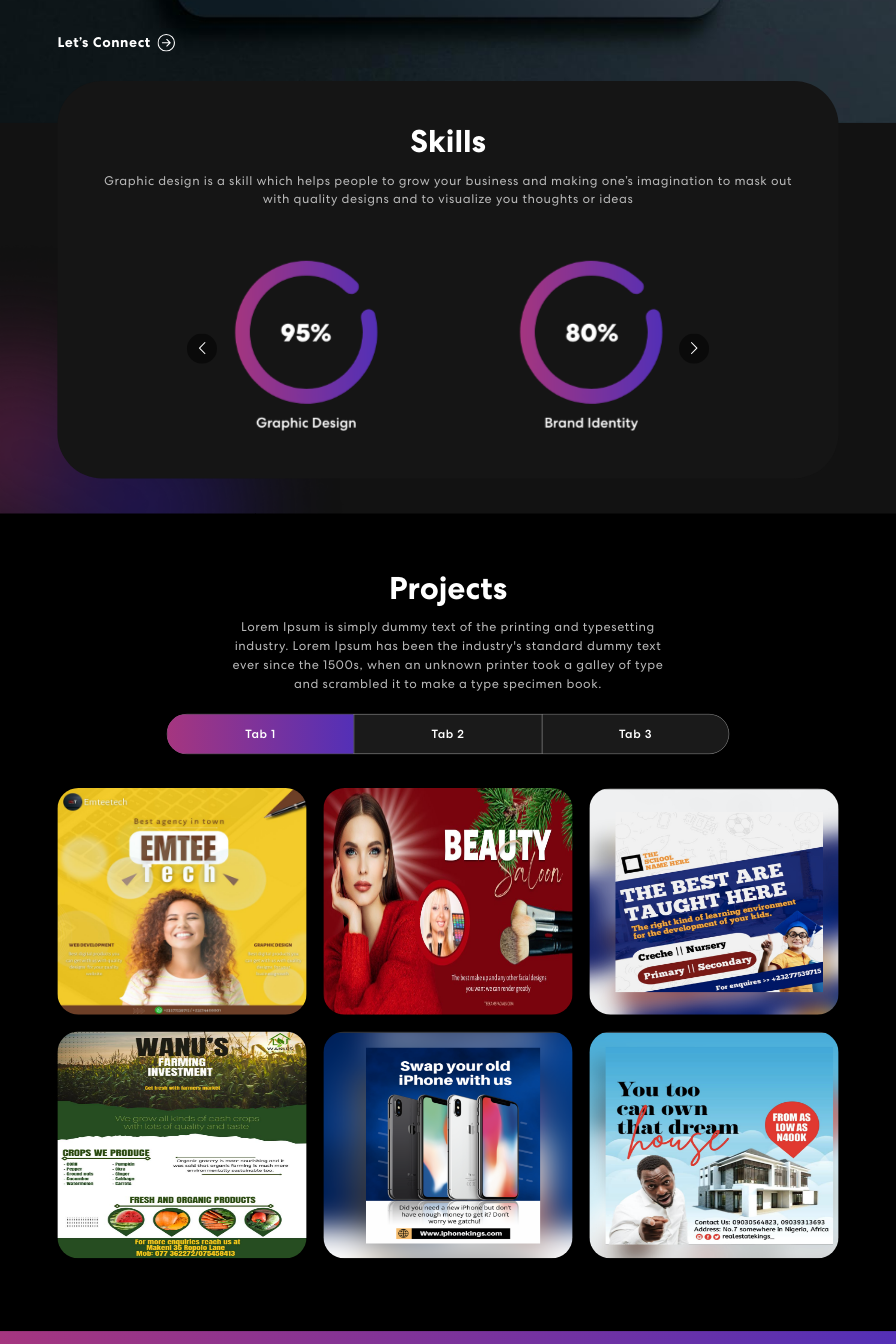
Repository: EmmanuelKeifala/emtee
Page: /
An editor plug-in stored every save of this project. The page is shown before and after the next save, followed by the edit.
The browser window is 1280 px wide. The pictures show the part of the page from y = 662 to 2582 px (the page is 3476 px tall before and 3503 px after), at 70% of full size.
The project was rebuilt for these pictures with package versions that can differ from the ones it lists, and the page was loaded fresh each time. Some packages were replaced by stand-ins written for this rebuild.

Above is the page before, as saved 2022-09-30 18:07:00.

### public/index.html
<!DOCTYPE html>
<html lang="en">
  <head>
    <meta charset="utf-8" />
    <link rel="icon" href="%PUBLIC_URL%/favicon.ico" />
    <meta name="viewport" content="width=device-width, initial-scale=1" />
    <meta name="theme-color" content="#000000" />
    <meta name="description" content="Em-Tech" />
    <link rel="apple-touch-icon" href="%PUBLIC_URL%/logo192.png" />

    <link rel="manifest" href="%PUBLIC_URL%/manifest.json" />
    <title>Em-Tech</title>
  </head>
  <body>
    <div id="root"></div>
  </body>
</html>

### src/Components/Navbar.jsx
import React, { useState, useEffect } from "react";
import { Navbar, Container, Nav } from "react-bootstrap";
import logo from "../assets/img/screen.png";
import navIcon1 from "../assets/img/nav-icon1.svg";
import navIcon2 from "../assets/img/nav-icon2.svg";
import navIcon3 from "../assets/img/nav-icon3.svg";
import Twitter from "../assets/img/twit.png";

const NavBar = () => {
  const [activeLink, setActiveLink] = useState("home");
  const [scrolled, setScrolled] = useState(false);
  useEffect(() => {
    const onScroll = () => {
      if (window.scrollY > 50) {
        setScrolled(true);
      } else {
        setScrolled(false);
      }
    };
    window.addEventListener("scroll", onScroll);

    return () => window.removeEventListener("scroll", onScroll);
  }, []);
  const onUpdateActiveLink = (value) => {
    setActiveLink(value);
  };
  return (
    <Navbar expand="md" className={scrolled ? "scrolled" : ""}>
      <Container>
        <Navbar.Brand href="/">
          <img src={logo} alt="Logo" className="lo" />
        </Navbar.Brand>
        <Navbar.Toggle aria-controls="basic-navbar-nav">
          <span className="navbar-toggler-icon"></span>
        </Navbar.Toggle>
        <Navbar.Collapse id="basic-navbar-nav">
          <Nav className="ms-auto">
            <Nav.Link
              href="#home"
              className={
                activeLink === "home" ? "active navbar-link" : "navbar-link"
              }
              onClick={() => onUpdateActiveLink("home")}
            >
              Home
            </Nav.Link>
            <Nav.Link
              href="#skills"
              className={
                activeLink === "skills" ? "active navbar-link" : "navbar-link"
              }
              onClick={() => onUpdateActiveLink("skills")}
            >
              Skills
            </Nav.Link>
            <Nav.Link
              href="#project"
              className={
                activeLink === "project" ? "active navbar-link" : "navbar-link"
              }
              onClick={() => onUpdateActiveLink("project")}
            >
              Projects
            </Nav.Link>
          </Nav>
          <span className="navbar-text">
            <div className="social-icon">
              <a href="#">
                <img src={navIcon1} alt="linkedin" />
              </a>
              <a href="#">
                <img src={navIcon2} alt="facebook" />
              </a>
              <a href="#">
                <img src={navIcon3} alt="instagram" />
              </a>
              <a href="#">
                <img src={Twitter} alt="Twitter" className="twit" />
              </a>
            </div>
            <button className="vvd">
              <span>Let’s Connect</span>
            </button>
          </span>
        </Navbar.Collapse>
      </Container>
    </Navbar>
  );
};

export default NavBar;

### src/Components/Banner.jsx
import React from "react";
import { useState, useEffect } from "react";
import { Container, Row, Col } from "react-bootstrap";
import { ArrowRightCircle } from "react-bootstrap-icons";
import headerImg from "../assets/img/header-img.svg";
import "animate.css";
import TrackVisibility from "react-on-screen";
import GoogleAd from "./GoogleAd";
const Banner = () => {
  const [loopNum, setLoopNum] = useState(0);
  const [isDeleting, setIsDeleting] = useState(false);
  const [text, setText] = useState("");
  const [delta, setDelta] = useState(300 - Math.random() * 100);
  const [index, setIndex] = useState(1);
  const toRotate = ["Web Development", "Web Design", "UI/UX Design"];
  const period = 2000;

  useEffect(() => {
    let ticker = setInterval(() => {
      tick();
    }, delta);

    return () => {
      clearInterval(ticker);
    };
  }, [text]);

  const tick = () => {
    let i = loopNum % toRotate.length;
    let fullText = toRotate[i];
    let updatedText = isDeleting
      ? fullText.substring(0, text.length - 1)
      : fullText.substring(0, text.length + 1);

    setText(updatedText);

    if (isDeleting) {
      setDelta((prevDelta) => prevDelta / 2);
    }

    if (!isDeleting && updatedText === fullText) {
      setIsDeleting(true);
      setIndex((prevIndex) => prevIndex - 1);
      setDelta(period);
    } else if (isDeleting && updatedText === "") {
      setIsDeleting(false);
      setLoopNum(loopNum + 1);
      setIndex(1);
      setDelta(500);
    } else {
      setIndex((prevIndex) => prevIndex + 1);
    }
  };

  return (
    <section className="banner" id="home">
      <Container>
        <Row className="aligh-items-center">
          <Col xs={12} md={6} xl={7}>
            <TrackVisibility>
              {({ isVisible }) => (
                <div
                  className={
                    isVisible ? "animate__animated animate__fadeIn" : ""
                  }
                >
                  <span className="tagline">
                    Welcome to our Portfolio and Hiring Page
                  </span>
                  <h1>
                    {`Hi! We are Em-Tech we do`}{" "}
                    <span
                      className="txt-rotate"
                      dataPeriod="1000"
                      data-rotate='[ "Web Developement", "Web Design", "UI/UX Design" ]'
                    >
                      <span className="wrap">{text}</span>
                    </span>
                  </h1>
                  <p>
                    Lorem Ipsum is simply dummy text of the printing and
                    typesetting industry. Lorem Ipsum has been the industry's
                    standard dummy text ever since the 1500s, when an unknown
                    printer took a galley of type and scrambled it to make a
                    type specimen book.
                  </p>
                  <button onClick={() => console.log("connect")}>
                    Let’s Connect <ArrowRightCircle size={25} />
                  </button>
                </div>
              )}
            </TrackVisibility>
          </Col>
          <Col xs={12} md={6} xl={5}>
            <TrackVisibility>
              {({ isVisible }) => (
                <div
                  className={
                    isVisible ? "animate__animated animate__zoomIn" : ""
                  }
                >
                  <img src={headerImg} alt="Header Img" />
                </div>
              )}
            </TrackVisibility>
          </Col>
        </Row>
      </Container>
      <GoogleAd slot="9876543210" googleAdId="ca-pub-2934431448539258" />
    </section>
  );
};

export default Banner;

### src/Components/Skills.jsx
import React from "react";
import meter1 from "../assets/img/meter1.svg";
import meter2 from "../assets/img/meter2.svg";
import meter3 from "../assets/img/meter3.svg";
import Carousel from "react-multi-carousel";
import "react-multi-carousel/lib/styles.css";
import arrow1 from "../assets/img/arrow1.svg";
import arrow2 from "../assets/img/arrow2.svg";
import colorSharp from "../assets/img/color-sharp.png";
const Skills = () => {
  const responsive = {
    superLargeDesktop: {
      // the naming can be any, depends on you.
      breakpoint: { max: 4000, min: 3000 },
      items: 5,
    },
    desktop: {
      breakpoint: { max: 3000, min: 1024 },
      items: 3,
    },
    tablet: {
      breakpoint: { max: 1024, min: 464 },
      items: 2,
    },
    mobile: {
      breakpoint: { max: 464, min: 0 },
      items: 1,
    },
  };
  return (
    <section className="skill" id="skills">
      <div className="container">
        <div className="row">
          <div className="col-12">
            <div className="skill-bx wow zoomIn">
              <h2>Skills</h2>
              <p>
                Graphic design is a skill which helps people to grow your
                business and making one’s imagination to mask out with quality
                designs and to visualize you thoughts or ideas
              </p>
              <Carousel
                responsive={responsive}
                infinite={true}
                className="owl-carousel owl-theme skill-slider"
              >
                <div className="item">
                  <img src={meter1} alt="Image" />
                  <h5>Graphic Design</h5>
                </div>
                <div className="item">
                  <img src={meter2} alt="Image" />
                  <h5>Brand Identity</h5>
                </div>
                <div className="item">
                  <img src={meter3} alt="Image" />
                  <h5>Logo Design</h5>
                </div>
                <div className="item">
                  <img src={meter1} alt="Image" />
                  <h5>Web Development</h5>
                </div>
              </Carousel>
            </div>
          </div>
        </div>
      </div>
      <img className="background-image-left" src={colorSharp} alt="Image" />
    </section>
  );
};

export default Skills;

### src/Components/Projects.jsx
import React from "react";
import { Container, Row, Col, Tab, Nav } from "react-bootstrap";
import { ProjectCard } from "./ProjectCard";
import projImg1 from "../assets/img/project-1.jpeg";
import projImg2 from "../assets/img/project-2.jpeg";
import projImg3 from "../assets/img/project-7.png";
import projImg4 from "../assets/img/project-4.jpeg";
import projImg5 from "../assets/img/project-5.png";
import projImg6 from "../assets/img/project-6.png";

import colorSharp2 from "../assets/img/color-sharp2.png";
import ecommerce from "../assets/img/Ecommerce-2.jpeg";
import tiktok from "../assets/img/tiktok-clone-1.png";
import spotify from "../assets/img/spotify.webp";
import food from "../assets/img/food.png";
import chatapp from "../assets/img/chatapp.jpeg";
import amazon from "../assets/img/amazon.png";
import "animate.css";
import TrackVisibility from "react-on-screen";
const Projects = () => {
  const projects = [
    {
      title: "Business Startup",
      description: "Design & Development",
      imgUrl: projImg1,
    },
    {
      title: "Business Startup",
      description: "Design & Development",
      imgUrl: projImg2,
    },
    {
      title: "Business Startup",
      description: "Design & Development",
      imgUrl: projImg3,
    },
    {
      title: "Business Startup",
      description: "Design & Development",
      imgUrl: projImg4,
    },
    {
      title: "Business Startup",
      description: "Design & Development",
      imgUrl: projImg5,
    },
    {
      title: "Business Startup",
      description: "Design & Development",
      imgUrl: projImg6,
    },
  ];
  const web = [
    {
      title: "Ecommerce Website",
      description: "It handles order, sales etc",
      imgUrl: ecommerce,
      link: "https://em-tech-rzdb.vercel.app/",
    },
    {
      title: "A Tik Tok clone",
      description: "Design & Development",
      imgUrl: tiktok,
    },
    {
      title: "Spotify Clone",
      description: "Design & Development",
      imgUrl: spotify,
    },
    {
      title: "Food Order and Delivery",
      description: "Design & Development",
      imgUrl: food,
    },
    {
      title: "Chat App",
      description: "Design & Development",
      imgUrl: chatapp,
    },
    {
      title: "Amazon Clone",
      description: "Design & Development",
      imgUrl: amazon,
    },
  ];
  return (
    <section className="project" id="project">
      <Container>
        <Row>
          <Col size={12}>
            <TrackVisibility>
              {({ isVisible }) => (
                <div
                  className={
                    isVisible ? "animate__animated animate__fadeIn" : ""
                  }
                >
                  <h2>Projects</h2>
                  <p>
                    Lorem Ipsum is simply dummy text of the printing and
                    typesetting industry. Lorem Ipsum has been the industry's
                    standard dummy text ever since the 1500s, when an unknown
                    printer took a galley of type and scrambled it to make a
                    type specimen book.
                  </p>
                  <Tab.Container id="projects-tabs" defaultActiveKey="first">
                    <Nav
                      variant="pills"
                      className="nav-pills mb-5 justify-content-center align-items-center"
                      id="pills-tab"
                    >
                      <Nav.Item>
                        <Nav.Link eventKey="first">Tab 1</Nav.Link>
                      </Nav.Item>
                      <Nav.Item>
                        <Nav.Link eventKey="second">Tab 2</Nav.Link>
                      </Nav.Item>
                      <Nav.Item>
                        <Nav.Link eventKey="third">Tab 3</Nav.Link>
                      </Nav.Item>
                    </Nav>
                    <Tab.Content
                      id="slideInUp"
                      className={
                        isVisible ? "animate__animated animate__slideInUp" : ""
                      }
                    >
                      <Tab.Pane eventKey="first">
                        <Row>
                          {projects.map((project, index) => {
                            return <ProjectCard key={index} {...project} />;
                          })}
                        </Row>
                      </Tab.Pane>
                      <Tab.Pane eventKey="second">
                        <Row>
                          {web.map((project, index) => {
                            return <ProjectCard key={index} {...project} />;
                          })}
                        </Row>
                      </Tab.Pane>
                      <Tab.Pane eventKey="third">
                        <p>
                          Lorem ipsum dolor sit amet consectetur adipisicing
                          elit. Cumque quam, quod neque provident velit, rem
                          explicabo excepturi id illo molestiae blanditiis,
                          eligendi dicta officiis asperiores delectus quasi
                          inventore debitis quo.
                        </p>
                      </Tab.Pane>
                    </Tab.Content>
                  </Tab.Container>
                </div>
              )}
            </TrackVisibility>
          </Col>
        </Row>
      </Container>
      <img className="background-image-right" src={colorSharp2}></img>
    </section>
  );
};

export default Projects;

### src/Components/Contact.jsx
import React from "react";
import { useState } from "react";
import { Container, Row, Col } from "react-bootstrap";
import contactImg from "../assets/img/contact-img.svg";
import "animate.css";
import { Form, Input, TextArea, Button } from "semantic-ui-react";
import TrackVisibility from "react-on-screen";
import Swal from "sweetalert2";
import emailjs from "emailjs-com";
const Contact = () => {
  const formInitialDetails = {
    firstName: "",
    lastName: "",
    email: "",
    phone: "",
    message: "",
  };

  const SERVICE_ID = "service_hdc70rt";
  const TEMPLATE_ID = "template_uccb61k";
  const USER_ID = "tjSBze7Rp8m252Qv_";

  const [formDetails, setFormDetails] = useState(formInitialDetails);
  const [buttonText, setButtonText] = useState("Send");
  const [status, setStatus] = useState({});

  const onFormUpdate = (category, value) => {
    setFormDetails({
      ...formDetails,
      [category]: value,
    });
  };

  const handleOnSubmit = (e) => {
    e.preventDefault();
    emailjs.sendForm(SERVICE_ID, TEMPLATE_ID, e.target, USER_ID).then(
      (result) => {
        console.log(result.text);
        Swal.fire({
          icon: "success",
          title: "Message Sent Successfully",
        });
      },
      (error) => {
        console.log(error.text);
        Swal.fire({
          icon: "error",
          title: "Ooops, something went wrong",
          text: error.text,
        });
      }
    );
    console.log(e.target);
    e.target.reset();
  };

  return (
    <section className="contact" id="connect">
      <Container>
        <Row className="align-items-center">
          <Col size={12} md={6}>
            <TrackVisibility>
              {({ isVisible }) => (
                <img
                  className={
                    isVisible ? "animate__animated animate__zoomIn" : ""
                  }
                  src={contactImg}
                  alt="Contact Us"
                />
              )}
            </TrackVisibility>
          </Col>
          <Col size={12} md={6}>
            <TrackVisibility>
              {({ isVisible }) => (
                <div
                  className={
                    isVisible ? "animate__animated animate__fadeIn" : ""
                  }
                >
                  <h2>Get In Touch</h2>
                  <form onSubmit={handleOnSubmit}>
                    <Row>
                      <Col size={12} sm={6} className="px-1">
                        <Form.Field
                          id="form-input-control-email"
                          control={Input}
                          label="Email"
                          name="user_email"
                          placeholder="Email…"
                          required
                          icon="mail"
                          iconPosition="left"
                        />
                      </Col>
                      <Col size={12} sm={6} className="px-1">
                        <Form.Field
                          id="form-input-control-last-name"
                          control={Input}
                          label="Name"
                          name="user_name"
                          placeholder="Name…"
                          required
                          icon="user circle"
                          iconPosition="left"
                        />
                      </Col>
                      <Col size={12} className="px-1">
                        <Form.Field
                          id="form-textarea-control-opinion"
                          control={TextArea}
                          label="Message"
                          name="user_message"
                          placeholder="Message..."
                          required
                        />
                        <button type="submit">
                          <span>{buttonText}</span>
                        </button>
                      </Col>
                      {status.message && (
                        <Col>
                          <p
                            className={
                              status.success === false ? "danger" : "success"
                            }
                          >
                            {status.message}
                          </p>
                        </Col>
                      )}
                    </Row>
                  </form>
                </div>
              )}
            </TrackVisibility>
          </Col>
        </Row>
      </Container>
    </section>
  );
};

export default Contact;

### src/Components/Footer.jsx
import React from "react";
import { Container, Row, Col } from "react-bootstrap";
import logo from "../assets/img/logo.svg";
import navIcon1 from "../assets/img/nav-icon1.svg";
import navIcon2 from "../assets/img/nav-icon2.svg";
import navIcon3 from "../assets/img/nav-icon3.svg";

const Footer = () => {
  return (
    <footer className="footer">
      <Container>
        <Row className="align-items-center">
          <Col size={12} sm={6}>
            <img src={logo} alt="Logo" />
          </Col>
          <Col size={12} sm={6} className="text-center text-sm-end">
            <div className="social-icon">
              <a href="#" className="icon">
                <img src={navIcon1} alt="Icon" className="icon-1" />
              </a>
              <a href="#" className="icon">
                <img src={navIcon2} alt="Icon" className="icon-1" />
              </a>
              <a href="#" className="icon">
                <img src={navIcon3} alt="Icon" className="icon-1" />
              </a>
            </div>
            <p>Copyright 2022. All Rights Reserved</p>
            <p>Develped by Em-Tech</p>
          </Col>
        </Row>
      </Container>
    </footer>
  );
};

export default Footer;

### src/Components/GoogleAd.jsx
import React, { Component } from "react";
import PropTypes from "prop-types";

class GoogleAd extends Component {
  googleInit = null;

  componentDidMount() {
    const { timeout } = this.props;
    this.googleInit = setTimeout(() => {
      if (typeof window !== "undefined")
        (window.adsbygoogle = window.adsbygoogle || []).push({});
    }, timeout);
  }

  componentWillUnmount() {
    if (this.googleInit) clearTimeout(this.googleInit);
  }

  render() {
    const { classNames, slot, googleAdId, style, format } = this.props;
    return (
      <div className={classNames}>
        <ins
          className="adsbygoogle"
          style={style || { display: "block", textAlign: "center" }}
          data-ad-client={googleAdId}
          data-ad-slot={slot}
          data-ad-format={format || "auto"}
          data-full-width-responsive="true"
        ></ins>
      </div>
    );
  }
}
GoogleAd.propTypes = {
  classNames: PropTypes.string,
  slot: PropTypes.string,
  timeout: PropTypes.number,
  googleAdId: PropTypes.string,
};
GoogleAd.defaultProps = {
  classNames: "",
  timeout: 200,
};
export default GoogleAd;

### src/Components/ProjectCard.jsx
import { Col } from "react-bootstrap";

export const ProjectCard = ({ title, description, imgUrl, link }) => {
  return (
    <Col size={12} sm={6} md={4}>
      <div className="proj-imgbx">
        <img src={imgUrl} className="prop-image" />
        <div className="proj-txtx">
          <h4>{title}</h4>
          <span>{description}</span>
          {link && (
            <p>
              <a target="_blank" href={link}>
                <span className="spanner">Demo</span>
              </a>
            </p>
          )}
        </div>
      </div>
    </Col>
  );
};

Loaded but not shown: src/index.css (common file); src/reportWebVitals.js (common file); src/App.js (23 lines, source omitted); src/index.js (16 lines, source omitted); src/App.css (743 lines, source omitted)

After the next save:
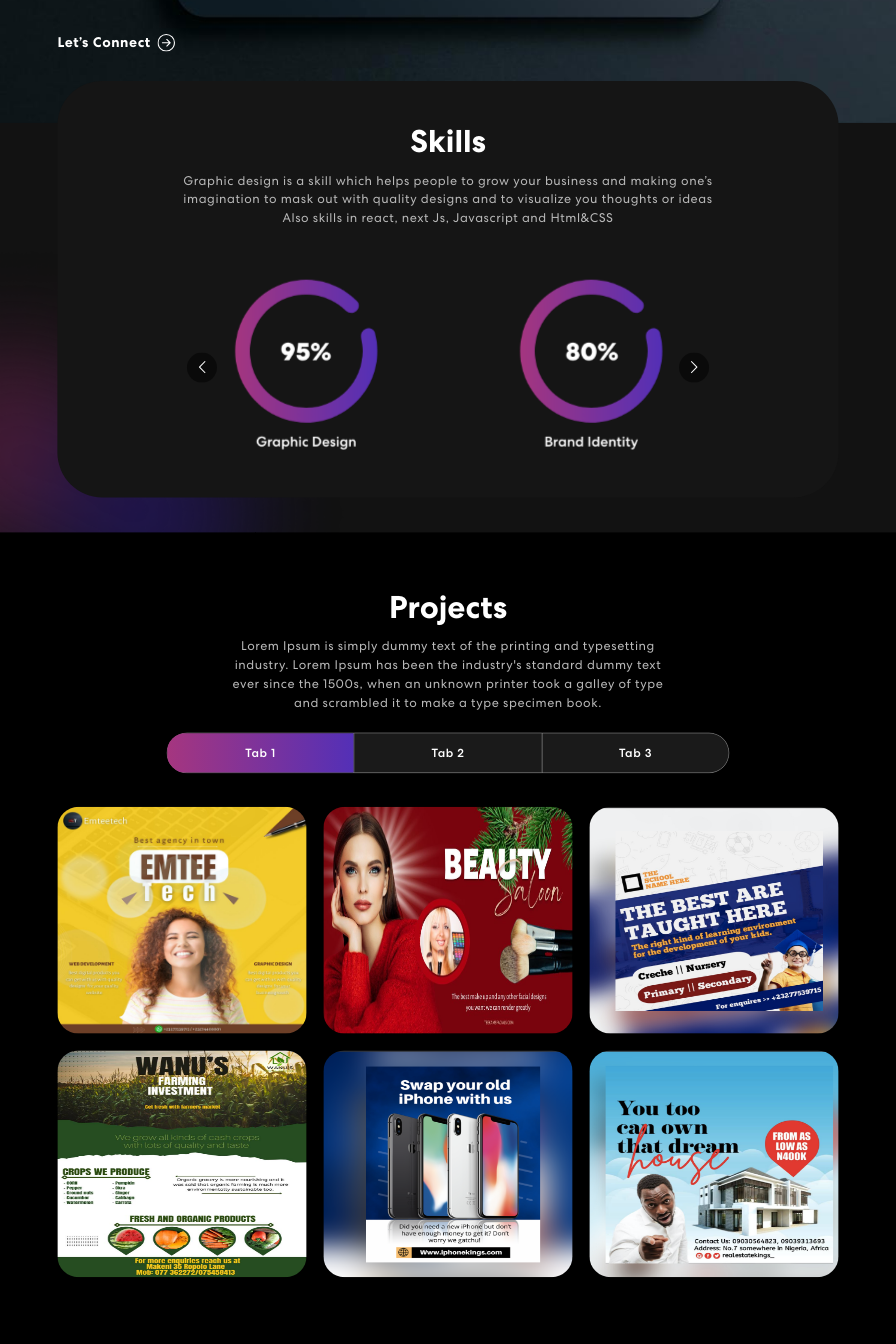
Saved 3 min 57 s later.
--- a/src/Components/Skills.jsx
+++ b/src/Components/Skills.jsx
@@ -36,8 +36,9 @@ const Skills = () => {
               <h2>Skills</h2>
               <p>
                 Graphic design is a skill which helps people to grow your
-                business and making one’s imagination to mask out with quality
-                designs and to visualize you thoughts or ideas
+                business and making one’s <br></br> imagination to mask out with
+                quality designs and to visualize you thoughts or ideas<br></br>
+                Also skills in react, next Js, Javascript and Html&CSS
               </p>
               <Carousel
                 responsive={responsive}
